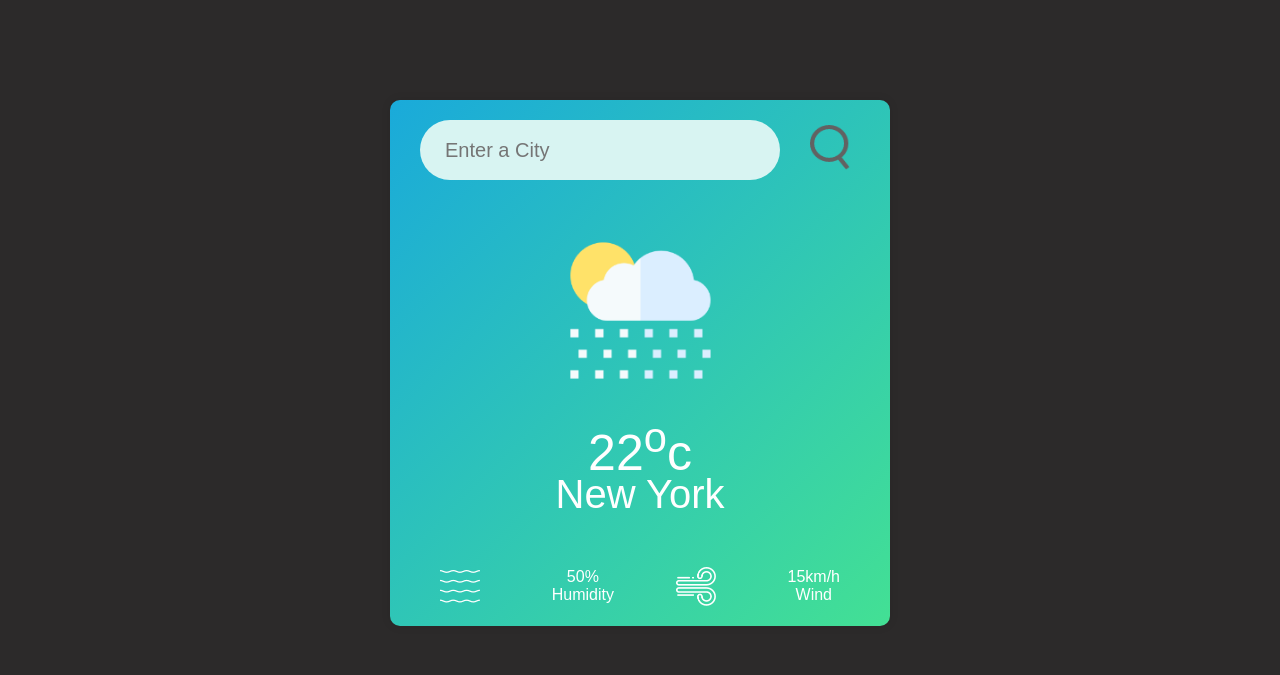
Repository: Haakim19/weatherApp
Page: index.html
An editor plug-in stored every save of this project. The page is shown before and after the next save, followed by the edit.
The browser window is 1280 px wide. The pictures show the whole page.

Above is the page before, as saved 2024-11-16 21:43:46.

### index.html
<!DOCTYPE html>
<html lang="en">
<head>
    <meta charset="UTF-8">
    <meta name="viewport" content="width=device-width, initial-scale=1.0">
    <title>Weather App</title>
    <link rel="stylesheet" href="style.css">
</head>
<body>
    <div class="card">
        <div class="search">
            <input type="text" placeholder="Enter a City" spellcheck="false">
            <button><img src="images/search.png"></button>
        </div>
        <div class="weather">
            <img src="images/rain.png" class="weather-icon">
            <h1 class="temp">22<sup>o</sup>c</h1>
            <h2 class="city">New York</h2>
        </div>
        <div class="details">
            <div class="col">
                <img src="images/humidity.png">
            </div>
            <div>
                <p class="humidity">50%</p>
                <p>Humidity</p>
            </div>

            <div class="col">
                <img src="images/wind.png">
            </div>
            <div>
                <p class="wind">15km/h</p>
                <p>Wind</p>
            </div>

        </div>
    </div>
</body>
</html>

### style.css
*{
    margin: 0;
    padding: 0;
    box-sizing: border-box;
    font-family: 'Poppins', sans-serif;
}

body{
    background: #2c2a2a;
}
.card{
    width: 90%;
    max-width: 500px;
    color: #fff;
    background:linear-gradient(135deg, #1aaada 0%, #43e094 100%);
    margin: 100px auto 0 ;
    border-radius: 10px;
    padding: 20px 30px;
    text-align: center;
    box-shadow: 0 0 10px rgba(0,0,0,0.1);
}
.search{
    width: 100%;
    display: flex;
    justify-content: space-between;
    align-items: center;
}
.search input{
    border:0;
    outline:0;
    background: #d8f4f2;
    padding: 10px 25px;
    border-radius: 40px;
    flex: 1;
    margin-right: 20px;
    font-size: 20px;
    height: 60px;
}
.search button{
    border:0;
    outline:0;
    background:none;
    /* padding: 10px 20px; */
    border-radius: 50%;
    font-size: 20px;
    cursor: pointer;
    height: 60px;
    width: 60px;
}
.search button img{
    width: 40px;
    height: 45px;

}
.weather-icon{
    width:200px;
    margin-top: 30px;
}
.weather h1{
    font-size: 50px;
    font-weight: 500;
}
.weather h2{
    font-size: 40px;
    font-weight: 500;
    margin-top: -10px;
}
.details {
    display: flex;
    align-items: center;
    justify-content: space-between;
    padding: 0 20px;
    margin-top: 50px;
}
.col{
    display: flex;
    align-items: center;
    text-align: left;
}
.col img {
    width: 40px;
    margin-right: 10px;

}

After the next save:
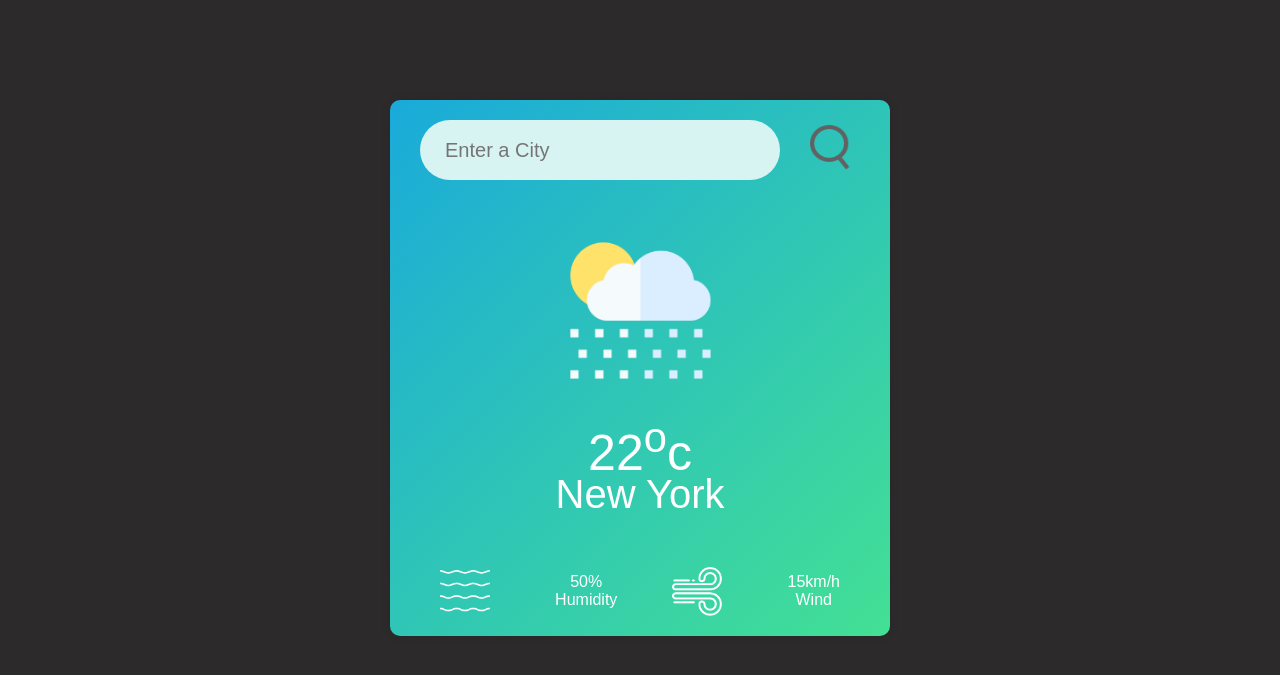
Saved 8 s later.
--- a/style.css
+++ b/style.css
@@ -78,7 +78,7 @@ body{
     text-align: left;
 }
 .col img {
-    width: 40px;
+    width: 50px;
     margin-right: 10px;
 
 }
